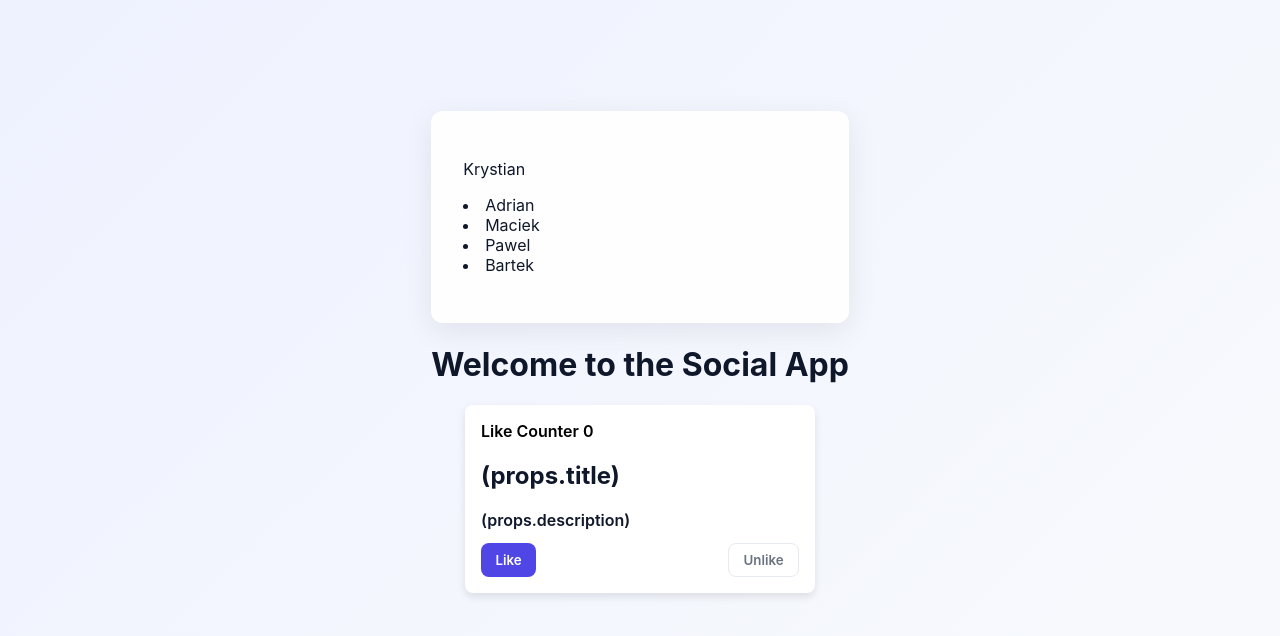
Repository: KrystianTrzy/reactapt
Page: /
The author's editor kept a copy of each file at every save. The page is drawn from the files as they stood at one save, then again after a run of saves.
The browser window is 1280 px wide. The pictures show the whole page.
The project was rebuilt for these pictures with package versions that can differ from the ones it lists, and the page was loaded fresh each time.

Above is the page before, as saved 2025-11-22 09:28:07.

### src/index.js
import React from 'react';
import ReactDOM from 'react-dom/client';
import './index.css';
import App from './components/App/App';
import LikeCounter from './components/App/LikeCounter/LikeCounter';

const root = ReactDOM.createRoot(document.getElementById('root'));
root.render(
  <React.StrictMode>
    <div>
      <App />
      <h1>Welcome to the Social App</h1>
      <LikeCounter />
      <div></div>
    </div>
  </React.StrictMode>
);

// If you want to start measuring performance in your app, pass a function
// to log results (for example: reportWebVitals(console.log))
// or send to an analytics endpoint. Learn more: https://bit.ly/CRA-vitals

### src/index.css
:root {
	--bg: #f6f8ff;
	--card: #ffffff;
	--accent: #4f46e5;
	--muted: #6b7280;
	--radius: 12px;
}

* {
	box-sizing: border-box;
}

html, body, #root {
	height: 100%;
}

body {
	margin: 0;
	font-family: Inter, system-ui, -apple-system, 'Segoe UI', Roboto, 'Helvetica Neue', Arial;
	background: linear-gradient(135deg, #eef2ff 0%, #f8fafc 100%);
	color: #0f172a;
	-webkit-font-smoothing: antialiased;
	-moz-osx-font-smoothing: grayscale;
}

#root {
	display: flex;
	align-items: center;
	justify-content: center;
	padding: 2rem;
}

.App {
	width: 100%;
	max-width: 920px;
	background: rgba(255,255,255,0.9);
	border-radius: var(--radius);
	box-shadow: 0 8px 30px rgba(2,6,23,0.08);
	padding: 2rem;
}

ul {
	padding-left: 1.1rem;
}

button {
	font-family: inherit;
}

### src/components/App/App.js
import LikeCounter from './LikeCounter/LikeCounter';

function App() {
  const name = "Krystian";
  const names =['Adrian', 'Maciek', 'Pawel', 'Bartek'];
  return (
    <>
      <div className="App">
          <p>
            {name.length > 4 ? name : 'Hello firends'}
          </p>
          <p> {names.map((name) => <li key={name}>{name}</li>) }</p>
      </div>
    </>
  );
}

export default App;

### src/components/App/LikeCounter/LikeCounter.js
import React, { useState } from 'react'
import './LikeCounter.css'

function LikeCounter() {
    const [likes, setLikes] = useState(0);
    const handleLike = () => {
        setLikes(likes + 1);
    };

    const handleUnlike = () => {
        if (likes > 0) {
            setLikes(likes - 1);
        }
    };

    return (
        <div className="post">
            <p style={{ color: likes > 0 ? 'blue' : 'black' }}>Like Counter {likes}</p>
            <h2>(props.title)</h2>
            <p>(props.description)</p>
            <div className="actions">
                <button onClick={handleLike}>Like</button>
                <button onClick={handleUnlike}>Unlike</button>
            </div>
        </div>
    )
}

export default LikeCounter;

### src/components/App/LikeCounter/LikeCounter.css
.post {
    box-shadow: 0 4px 8px rgba(0, 0, 0, 0.1);
    padding: 1rem;
    width: 350px;
    border-radius: 0.5rem;
}

.actions {
    display: flex;
    flex-direction: row;
    justify-content: space-between;
}

.post {
    background: var(--card);
    margin: 1rem auto;
    color: #0f172a;
}

.post p {
    margin: 0 0 0.8rem 0;
    font-weight: 600;
}

.actions button {
    padding: 0.5rem 0.9rem;
    border-radius: 8px;
    border: none;
    cursor: pointer;
    font-weight: 600;
}

.actions button:first-child {
    background: var(--accent);
    color: white;
}

.actions button:last-child {
    background: transparent;
    color: var(--muted);
    border: 1px solid #e6e9ef;
}

.actions button:hover {
    transform: translateY(-1px);
}

Loaded but not shown: public/index.html (common file)

After the next 2 saves:
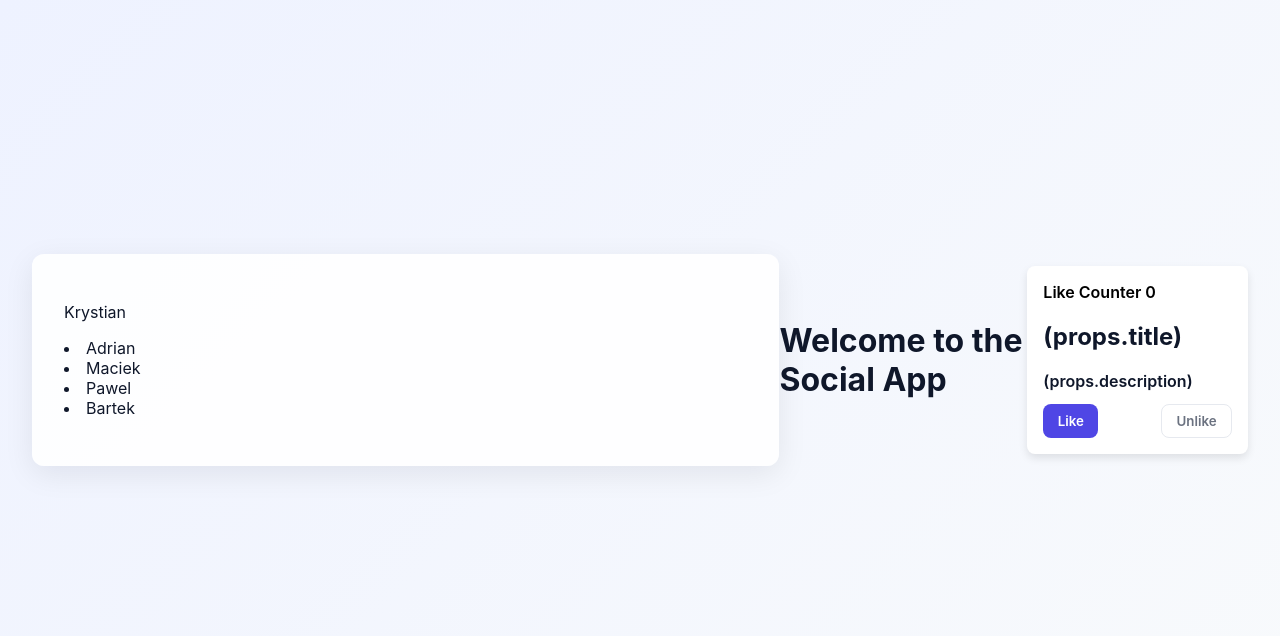
The 2 saves are shown as one change because they came seconds apart.
The last was saved 7 s later.
--- a/src/index.js
+++ b/src/index.js
@@ -7,11 +7,11 @@ import LikeCounter from './components/App/LikeCounter/LikeCounter';
 const root = ReactDOM.createRoot(document.getElementById('root'));
 root.render(
   <React.StrictMode>
-    <div>
       <App />
       <h1>Welcome to the Social App</h1>
       <LikeCounter />
-      <div></div>
+      <div>
+
     </div>
   </React.StrictMode>
 );
